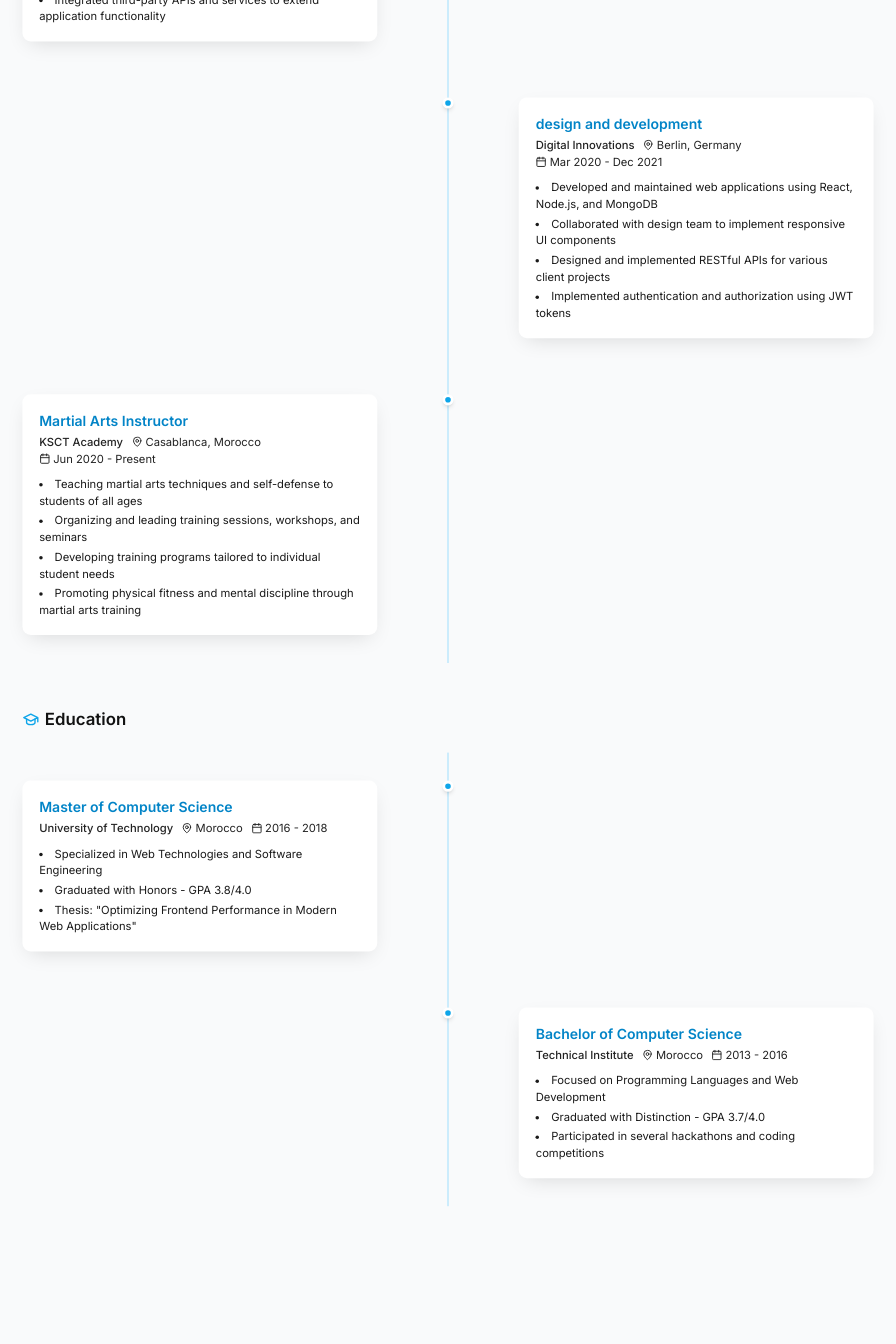
Repository: Abdelilah-Lakrim/Personal_Portfolio
Page: /
An editor plug-in stored every save of this project. The page is shown before and after a run of saves, followed by the edit.
The browser window is 1280 px wide. The pictures show the part of the page from y = 4513 to 6433 px (the page is 7929 px tall before and 7905 px after), at 70% of full size.
The project was rebuilt for these pictures with package versions that can differ from the ones it lists, and the page was loaded fresh each time. Also part of the build but not shown: vite.config.ts.

Above is the page before, as saved 2025-05-21 12:44:09.

### index.html
<!doctype html>
<html lang="en">
  <head>
    <meta charset="UTF-8" />
    <link rel="icon" type="image/svg+xml" href="/favicon.svg" />
    <meta name="viewport" content="width=device-width, initial-scale=1.0" />
    <meta name="description" content="Abdelilah Lakrim - Full Stack Developer Portfolio">
    <title>Abdelilah Lakrim | Full Stack Developer</title>
  </head>
  <body>
    <div id="root"></div>
    <script type="module" src="/src/main.tsx"></script>
  </body>
</html>

### src/App.tsx
import React, { useEffect, useState } from 'react';
import Header from './components/Header';
import Hero from './components/Hero';
import About from './components/About';
import Projects from './components/Projects';
import Experience from './components/Experience';
import Skills from './components/Skills';
import Contact from './components/Contact';
import Footer from './components/Footer';
import Cursor from './components/Cursor';
import ScrollToTop from './components/ScrollToTop';

// Import smooth scrolling
import Lenis from '@studio-freight/lenis';

function App() {
  const [mounted, setMounted] = useState(false);

  useEffect(() => {
    // Initialize smooth scrolling
    const lenis = new Lenis({
      duration: 1.2,
      easing: (t) => Math.min(1, 1.001 - Math.pow(2, -10 * t)),
      orientation: 'vertical',
      gestureOrientation: 'vertical',
      smoothWheel: true,
      smoothTouch: false,
      touchMultiplier: 2,
    });

    function raf(time: number) {
      lenis.raf(time);
      requestAnimationFrame(raf);
    }

    requestAnimationFrame(raf);

    // Add intersection observer for animation on scroll
    const observer = new IntersectionObserver(
      (entries) => {
        entries.forEach((entry) => {
          if (entry.isIntersecting) {
            entry.target.classList.add('animate-visible');
          }
        });
      },
      { threshold: 0.1 }
    );

    const hiddenElements = document.querySelectorAll('.animate-hidden');
    hiddenElements.forEach((el) => observer.observe(el));

    setMounted(true);

    return () => {
      // Cleanup
      hiddenElements.forEach((el) => observer.unobserve(el));
    };
  }, []);

  return (
    <div className="hidden-cursor min-h-screen bg-gray-50">
      {mounted && <Cursor />}
      <Header />
      <main>
        <Hero />
        <About />
        <Skills />
        <Projects />
        <Experience />
        <Contact />
      </main>
      <Footer />
      <ScrollToTop />
    </div>
  );
}

export default App;

### src/index.css
@import url('https://fonts.googleapis.com/css2?family=Inter:wght@300;400;500;600;700&family=Poppins:wght@500;600;700&display=swap');

@tailwind base;
@tailwind components;
@tailwind utilities;

:root {
  --cursor-color: rgba(14, 165, 233, 0.7);
}

* {
  margin: 0;
  padding: 0;
  box-sizing: border-box;
  scroll-behavior: smooth;
}

body {
  @apply bg-gray-50 text-dark-800 font-sans overflow-x-hidden;
}

/* Custom cursor styles */
.custom-cursor {
  position: fixed;
  width: 20px;
  height: 20px;
  border-radius: 50%;
  background-color: var(--cursor-color);
  transform: translate(-50%, -50%);
  pointer-events: none;
  z-index: 9999;
  mix-blend-mode: difference;
  transition: transform 0.2s ease-out, opacity 0.2s ease-out, width 0.2s ease-out, height 0.2s ease-out;
}

.custom-cursor.hover {
  width: 50px;
  height: 50px;
  opacity: 0.5;
}

.hidden-cursor {
  cursor: none;
}

/* Custom scrollbar */
::-webkit-scrollbar {
  width: 8px;
}

::-webkit-scrollbar-track {
  @apply bg-gray-100;
}

::-webkit-scrollbar-thumb {
  @apply bg-primary-500 rounded-full;
}

::-webkit-scrollbar-thumb:hover {
  @apply bg-primary-600;
}

/* Section styles */
.section-container {
  @apply max-w-7xl mx-auto px-4 sm:px-6 lg:px-8 py-20;
}

.section-title {
  @apply text-3xl md:text-4xl lg:text-5xl font-bold font-heading mb-8 text-dark-800 relative;
}

.section-title::after {
  content: '';
  @apply absolute bottom-0 left-0 w-24 h-1 bg-primary-500 mt-2 rounded-full;
}

/* Button styles */
.btn-primary {
  @apply px-6 py-3 bg-primary-500 text-white font-medium rounded-md shadow-md hover:bg-primary-600 transition-all duration-300 transform hover:-translate-y-1 focus:outline-none focus:ring-2 focus:ring-primary-400 focus:ring-opacity-50;
}

.btn-secondary {
  @apply px-6 py-3 bg-transparent border-2 border-primary-500 text-primary-500 font-medium rounded-md shadow-md hover:bg-primary-50 transition-all duration-300 transform hover:-translate-y-1 focus:outline-none focus:ring-2 focus:ring-primary-400 focus:ring-opacity-50;
}

/* 3D card effect */
.tilt-card {
  @apply relative overflow-hidden rounded-xl shadow-smooth bg-white p-6 transition-all duration-300 hover:shadow-neon;
  transform-style: preserve-3d;
  transform: perspective(1000px);
}

.skill-bar {
  @apply h-2 rounded-full bg-gray-200 overflow-hidden mt-2;
}

.skill-progress {
  @apply h-full bg-primary-500 rounded-full;
  transition: width 1.5s ease-in-out;
}

/* Animation classes */
.animate-hidden {
  opacity: 0;
  transform: translateY(30px);
}

.animate-visible {
  opacity: 1;
  transform: translateY(0);
  transition: opacity 0.8s ease, transform 0.8s ease;
}

/* Project card styles */
.project-card {
  @apply relative overflow-hidden rounded-xl shadow-smooth transition-all duration-300;
  transform-style: preserve-3d;
  transform: perspective(1000px);
}

.project-card img {
  @apply transition-all duration-500;
}

.project-card:hover img {
  @apply scale-105;
}

.project-card-content {
  @apply absolute inset-0 p-6 flex flex-col justify-end bg-gradient-to-t from-dark-900/80 to-transparent text-white opacity-0 transition-all duration-300;
}

.project-card:hover .project-card-content {
  @apply opacity-100;
}

/* Timeline styles */
.timeline-container {
  @apply relative;
}

.timeline-container::before {
  content: '';
  @apply absolute left-0 md:left-1/2 h-full w-0.5 bg-primary-200 transform md:-translate-x-1/2;
}

.timeline-item {
  @apply relative pt-10 pb-10;
}

.timeline-dot {
  @apply absolute left-0 md:left-1/2 w-4 h-4 rounded-full bg-primary-500 border-4 border-white shadow-md transform md:-translate-x-1/2 z-10;
}

.timeline-content {
  @apply ml-6 md:ml-0 md:w-5/12 p-6 bg-white rounded-xl shadow-smooth transition-all duration-300 hover:shadow-neon;
}

.timeline-item:nth-child(even) .timeline-content {
  @apply md:ml-auto md:mr-0;
}

.timeline-item:nth-child(odd) .timeline-content {
  @apply md:mr-auto md:ml-0;
}

### src/components/Experience.tsx
import React from 'react';
import { motion } from 'framer-motion';
import { Calendar, MapPin, Briefcase } from 'lucide-react';

interface ExperienceItem {
  id: number;
  position: string;
  company: string;
  location: string;
  duration: string;
  description: string[];
}

const Experience: React.FC = () => {
  const experiences: ExperienceItem[] = [
    {
      id: 1,
      position: 'Full Stack Web Developer',
      company: 'LeBahutdesEntrepreneurs.',
      location: 'Remote',
      duration: 'apr 2025 - Present',
      description: [
        'Building and maintaining responsive web applications',
        'Implemented modern UI/UX designs using React, TypeScript, and Tailwind CSS',
        'Reduced page load time by 40% through code optimization and lazy loading techniques',
        'Integrated third-party APIs and services to extend application functionality',
      ],
    },
    {
      id: 2,
      position: 'design and development',
      company: 'Digital Innovations',
      location: 'Berlin, Germany',
      duration: 'Mar 2020 - Dec 2021',
      description: [
        'Developed and maintained web applications using React, Node.js, and MongoDB',
        'Collaborated with design team to implement responsive UI components',
        'Designed and implemented RESTful APIs for various client projects',
        'Implemented authentication and authorization using JWT tokens',
      ],
    },
    {
      id: 3,
      position: 'Martial Arts Instructor',
      company: 'KSCT Academy',
      location: 'Casablanca, Morocco',
      duration: 'Jun 2020 - Present',
      description: [
        'Teaching martial arts techniques and self-defense to students of all ages',
        'Organizing and leading training sessions, workshops, and seminars',
        'Developing training programs tailored to individual student needs',
        'Promoting physical fitness and mental discipline through martial arts training',
      ],
    },
  ];

  const education = [
    {
      id: 1,
      degree: 'Master of Computer Science',
      institution: 'University of Technology',
      location: 'Morocco',
      duration: '2016 - 2018',
      description: [
        'Specialized in Web Technologies and Software Engineering',
        'Graduated with Honors - GPA 3.8/4.0',
        'Thesis: "Optimizing Frontend Performance in Modern Web Applications"',
      ],
    },
    {
      id: 2,
      degree: 'Bachelor of Computer Science',
      institution: 'Technical Institute',
      location: 'Morocco',
      duration: '2013 - 2016',
      description: [
        'Focused on Programming Languages and Web Development',
        'Graduated with Distinction - GPA 3.7/4.0',
        'Participated in several hackathons and coding competitions',
      ],
    },
  ];

  return (
    <section id="experience" className="py-20 bg-gray-50">
      <div className="section-container">
        <h2 className="section-title">Experience & Education</h2>

        {/* Work Experience */}
        <div className="mb-16">
          <h3 className="text-2xl font-semibold text-dark-800 mb-8 flex items-center">
            <Briefcase className="w-6 h-6 mr-2 text-primary-500" />
            Work Experience
          </h3>

          <div className="timeline-container">
            {experiences.map((exp, index) => (
              <motion.div
                key={exp.id}
                className="timeline-item"
                initial={{ opacity: 0, y: 50 }}
                whileInView={{ opacity: 1, y: 0 }}
                viewport={{ once: true, margin: "-100px" }}
                transition={{ duration: 0.5, delay: index * 0.1 }}
              >
                <div className="timeline-dot"></div>
                <div className="timeline-content">
                  <h4 className="text-xl font-semibold text-primary-600">{exp.position}</h4>
                  <div className="flex flex-wrap items-center text-dark-600 mt-1 mb-3">
                    <span className="font-medium mr-3">{exp.company}</span>
                    <span className="flex items-center mr-3">
                      <MapPin className="w-4 h-4 mr-1" />
                      {exp.location}
                    </span>
                    <span className="flex items-center">
                      <Calendar className="w-4 h-4 mr-1" />
                      {exp.duration}
                    </span>
                  </div>
                  <ul className="list-disc list-inside text-dark-700 space-y-1">
                    {exp.description.map((item, i) => (
                      <li key={i}>{item}</li>
                    ))}
                  </ul>
                </div>
              </motion.div>
            ))}
          </div>
        </div>

        {/* Education */}
        <div>
          <h3 className="text-2xl font-semibold text-dark-800 mb-8 flex items-center">
            <svg
              xmlns="http://www.w3.org/2000/svg"
              className="w-6 h-6 mr-2 text-primary-500"
              viewBox="0 0 24 24"
              fill="none"
              stroke="currentColor"
              strokeWidth="2"
              strokeLinecap="round"
              strokeLinejoin="round"
            >
              <path d="M22 10v6M2 10l10-5 10 5-10 5z"/>
              <path d="M6 12v5c0 2 2 3 6 3s6-1 6-3v-5"/>
            </svg>
            Education
          </h3>

          <div className="timeline-container">
            {education.map((edu, index) => (
              <motion.div
                key={edu.id}
                className="timeline-item"
                initial={{ opacity: 0, y: 50 }}
                whileInView={{ opacity: 1, y: 0 }}
                viewport={{ once: true, margin: "-100px" }}
                transition={{ duration: 0.5, delay: index * 0.1 }}
              >
                <div className="timeline-dot"></div>
                <div className="timeline-content">
                  <h4 className="text-xl font-semibold text-primary-600">{edu.degree}</h4>
                  <div className="flex flex-wrap items-center text-dark-600 mt-1 mb-3">
                    <span className="font-medium mr-3">{edu.institution}</span>
                    <span className="flex items-center mr-3">
                      <MapPin className="w-4 h-4 mr-1" />
                      {edu.location}
                    </span>
                    <span className="flex items-center">
                      <Calendar className="w-4 h-4 mr-1" />
                      {edu.duration}
                    </span>
                  </div>
                  <ul className="list-disc list-inside text-dark-700 space-y-1">
                    {edu.description.map((item, i) => (
                      <li key={i}>{item}</li>
                    ))}
                  </ul>
                </div>
              </motion.div>
            ))}
          </div>
        </div>
      </div>
    </section>
  );
};

export default Experience;

### src/components/Cursor.tsx
import React, { useEffect, useState } from 'react';

const Cursor: React.FC = () => {
  const [position, setPosition] = useState({ x: 0, y: 0 });
  const [hidden, setHidden] = useState(false);
  const [clicked, setClicked] = useState(false);
  const [hovering, setHovering] = useState(false);

  useEffect(() => {
    const updatePosition = (e: MouseEvent) => {
      setPosition({ x: e.clientX, y: e.clientY });
    };

    const handleMouseEnter = () => setHidden(false);
    const handleMouseLeave = () => setHidden(true);
    const handleMouseDown = () => setClicked(true);
    const handleMouseUp = () => setClicked(false);

    const handleLinkHover = () => setHovering(true);
    const handleLinkLeave = () => setHovering(false);

    // Add event listeners
    window.addEventListener('mousemove', updatePosition);
    document.body.addEventListener('mouseenter', handleMouseEnter);
    document.body.addEventListener('mouseleave', handleMouseLeave);
    window.addEventListener('mousedown', handleMouseDown);
    window.addEventListener('mouseup', handleMouseUp);

    // Add hover effect for links and buttons
    const interactiveElements = document.querySelectorAll('a, button, .tilt-card, .project-card');
    interactiveElements.forEach(el => {
      el.addEventListener('mouseenter', handleLinkHover);
      el.addEventListener('mouseleave', handleLinkLeave);
    });

    return () => {
      window.removeEventListener('mousemove', updatePosition);
      document.body.removeEventListener('mouseenter', handleMouseEnter);
      document.body.removeEventListener('mouseleave', handleMouseLeave);
      window.removeEventListener('mousedown', handleMouseDown);
      window.removeEventListener('mouseup', handleMouseUp);

      interactiveElements.forEach(el => {
        el.removeEventListener('mouseenter', handleLinkHover);
        el.removeEventListener('mouseleave', handleLinkLeave);
      });
    };
  }, []);

  const cursorStyle = {
    left: `${position.x}px`,
    top: `${position.y}px`,
    transform: `translate(-50%, -50%) scale(${clicked ? 0.8 : 1})`,
    opacity: hidden ? 0 : 1,
  };

  const cursorClass = `custom-cursor ${hovering ? 'hover' : ''}`;

  return <div className={cursorClass} style={cursorStyle}></div>;
};

export default Cursor;

### src/components/ScrollToTop.tsx
import React, { useEffect, useState } from 'react';
import { ArrowUp } from 'lucide-react';

const ScrollToTop: React.FC = () => {
  const [isVisible, setIsVisible] = useState(false);

  useEffect(() => {
    const toggleVisibility = () => {
      if (window.scrollY > 500) {
        setIsVisible(true);
      } else {
        setIsVisible(false);
      }
    };

    window.addEventListener('scroll', toggleVisibility);

    return () => window.removeEventListener('scroll', toggleVisibility);
  }, []);

  const scrollToTop = () => {
    window.scrollTo({
      top: 0,
      behavior: 'smooth',
    });
  };

  return (
    <button
      onClick={scrollToTop}
      className={`fixed bottom-8 right-8 p-3 rounded-full bg-primary-500 text-white shadow-lg hover:bg-primary-600 transition-all duration-300 z-50 ${
        isVisible ? 'opacity-100 translate-y-0' : 'opacity-0 translate-y-10 pointer-events-none'
      }`}
      aria-label="Scroll to top"
    >
      <ArrowUp className="w-6 h-6" />
    </button>
  );
};

export default ScrollToTop;

Loaded but not shown: src/main.tsx (common file); tailwind.config.js (95 lines, source omitted); src/components/Projects.tsx (249 lines, source omitted); src/components/Contact.tsx (241 lines, source omitted); src/components/Hero.tsx (178 lines, source omitted); src/components/Footer.tsx (154 lines, source omitted); src/components/Skills.tsx (161 lines, source omitted); src/components/Header.tsx (145 lines, source omitted); src/components/About.tsx (112 lines, source omitted)

After the next 2 saves:
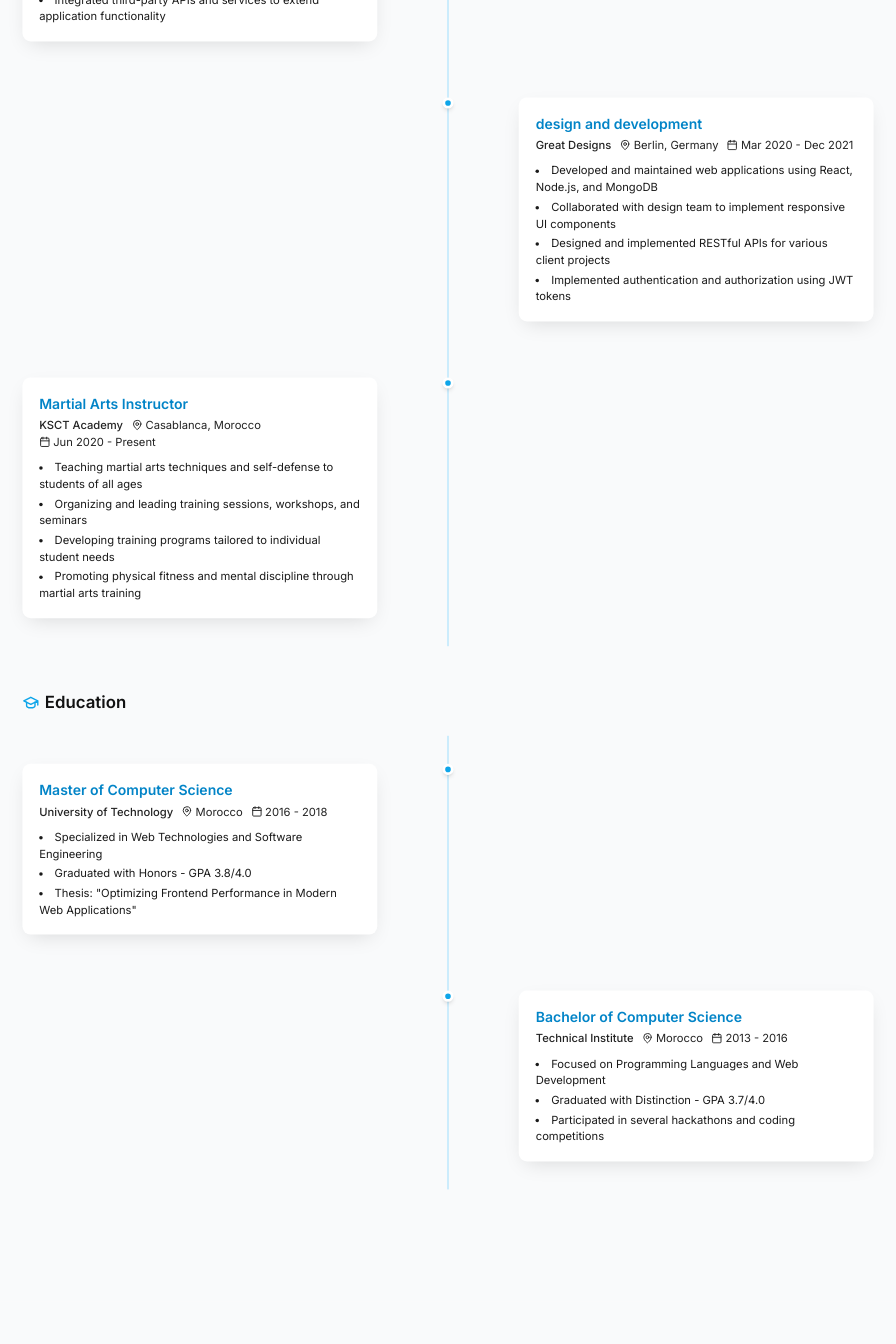
The 2 saves are shown as one change because they came seconds apart.
The last was saved 7 s later.
--- a/src/components/Experience.tsx
+++ b/src/components/Experience.tsx
@@ -29,7 +29,7 @@
     {
       id: 2,
       position: 'design and development',
-      company: 'Digital Innovations',
+      company: 'Great Designs',
       location: 'Berlin, Germany',
       duration: 'Mar 2020 - Dec 2021',
       description: [

After the save that followed:
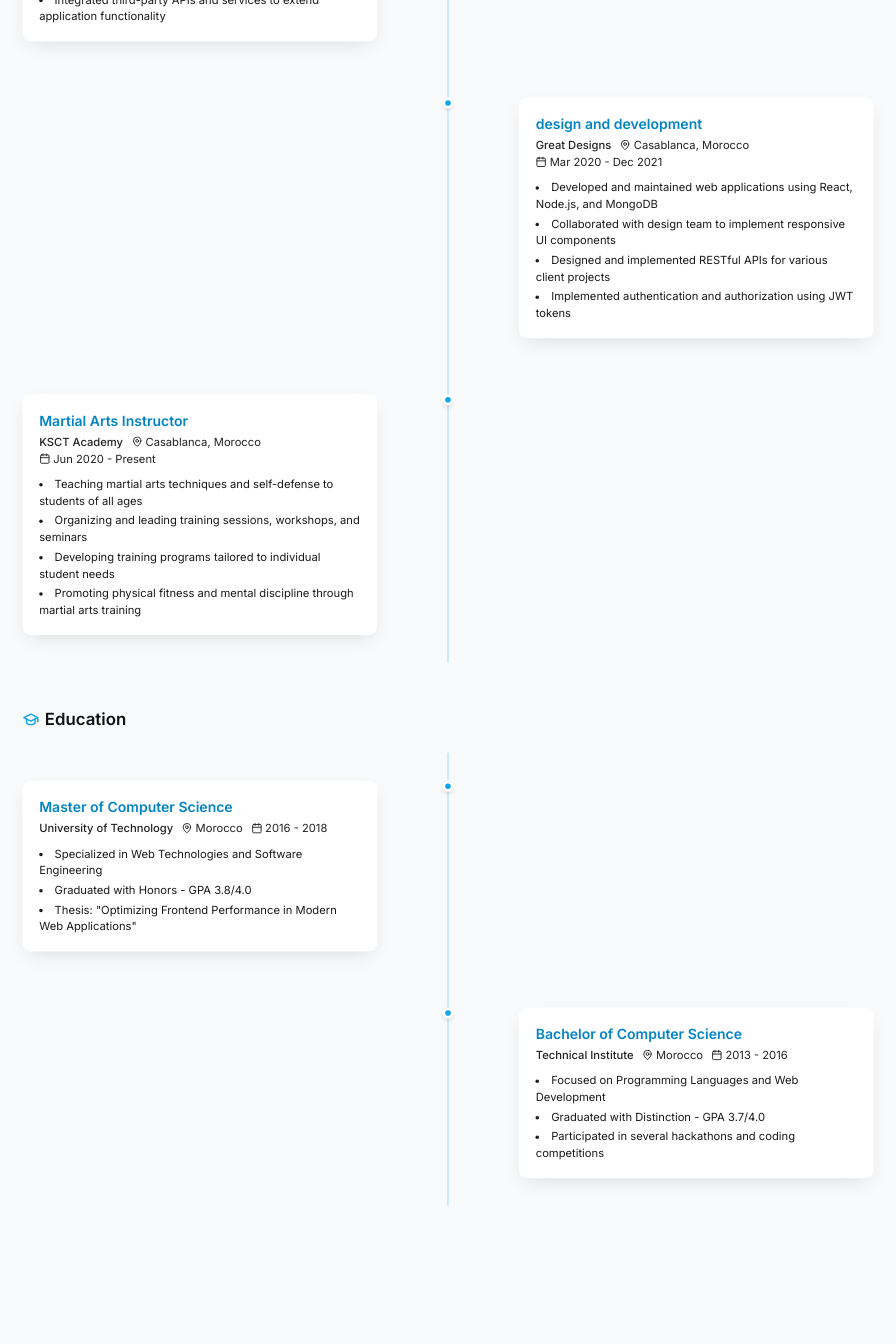
Saved 5 s later.
--- a/src/components/Experience.tsx
+++ b/src/components/Experience.tsx
@@ -30,7 +30,7 @@
       id: 2,
       position: 'design and development',
       company: 'Great Designs',
-      location: 'Berlin, Germany',
+      location: 'Casablanca, Morocco',
       duration: 'Mar 2020 - Dec 2021',
       description: [
         'Developed and maintained web applications using React, Node.js, and MongoDB',
